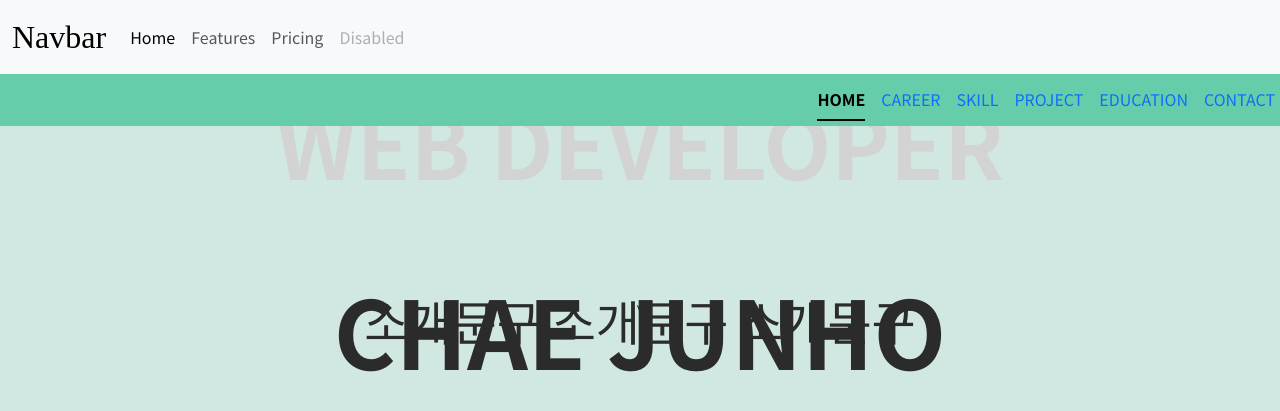
Repository: chaejunho689/bitcamp
Page: PersonalProject/src/main/webapp/index.html
An editor plug-in stored every save of this project. The page is shown before and after the next save, followed by the edit.
The browser window is 1280 px wide. The pictures show the whole page.

Above is the page before, as saved 2024-08-29 08:53:54.

After the next save:
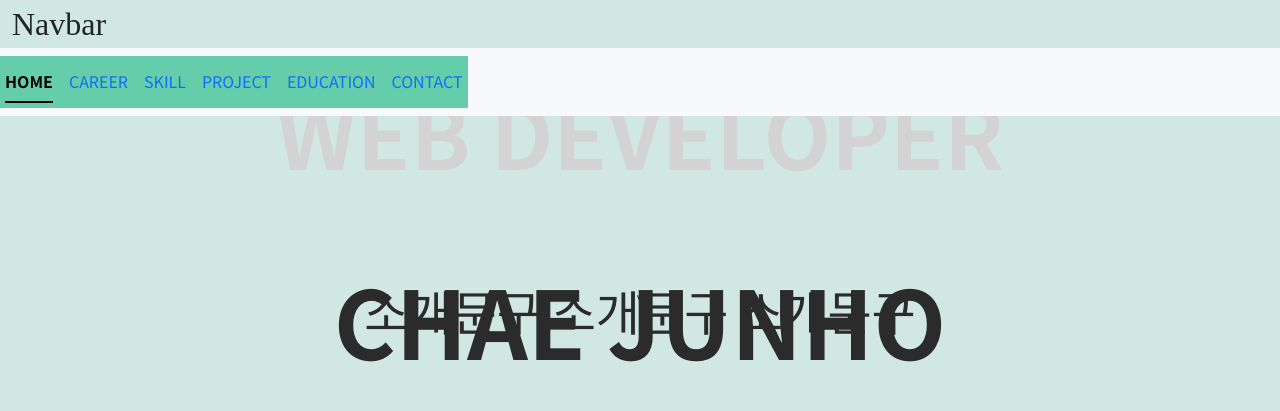
Saved 11 s later.
--- a/PersonalProject/src/main/webapp/index.html
+++ b/PersonalProject/src/main/webapp/index.html
@@ -9,7 +9,6 @@
 </style>
 </head>
 <body>
-<nav class="navbar navbar-expand-lg bg-body-tertiary">
 
   <div class="container-fluid">
     <a class="navbar-brand" href="#">Navbar</a>
@@ -37,7 +36,7 @@
 
 
 	<!-- gnb -->
-	<nav class="navbar_top">
+<nav class="navbar navbar-expand-lg bg-body-tertiary">
 		<ul class="nav nav-underline justify-content-end" id="navbar_top" >
 			<li class="nav-item"><a class="nav-link active"	aria-current="page" href="./index.html">HOME</a></li>
 			<li class="nav-item"><a class="nav-link" href="#">CAREER</a></li>

After the 3 saves that followed:
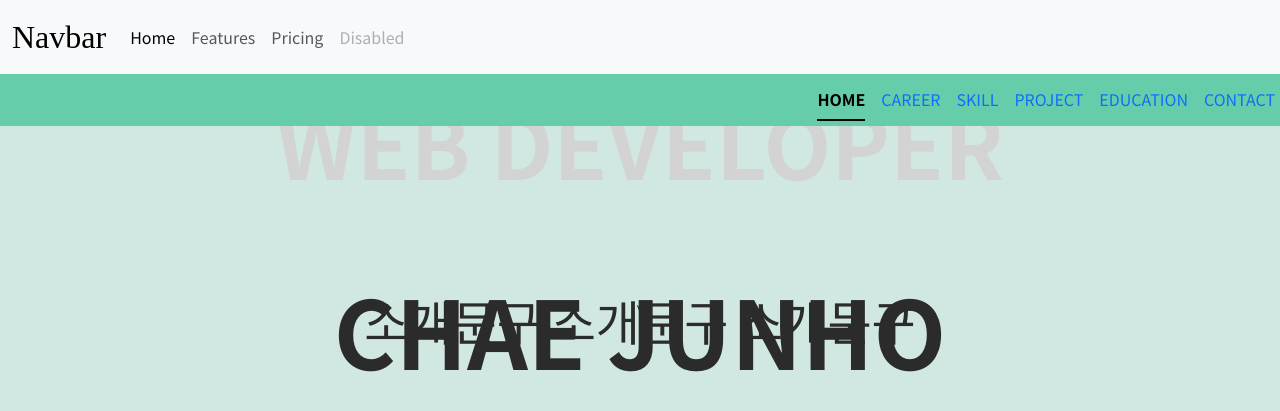
The 3 saves are shown as one change because 1 left the picture as it was and some came seconds apart.
The last was saved 22 s later.
--- a/PersonalProject/src/main/webapp/index.html
+++ b/PersonalProject/src/main/webapp/index.html
@@ -10,6 +10,7 @@
 </head>
 <body>
 
+<nav class="navbar navbar-expand-lg bg-body-tertiary">
   <div class="container-fluid">
     <a class="navbar-brand" href="#">Navbar</a>
     <button class="navbar-toggler" type="button" data-bs-toggle="collapse" data-bs-target="#navbarNav" aria-controls="navbarNav" aria-expanded="false" aria-label="Toggle navigation">
@@ -36,7 +37,7 @@
 
 
 	<!-- gnb -->
-<nav class="navbar navbar-expand-lg bg-body-tertiary">
+	<nav class="navbar_top">
 		<ul class="nav nav-underline justify-content-end" id="navbar_top" >
 			<li class="nav-item"><a class="nav-link active"	aria-current="page" href="./index.html">HOME</a></li>
 			<li class="nav-item"><a class="nav-link" href="#">CAREER</a></li>
